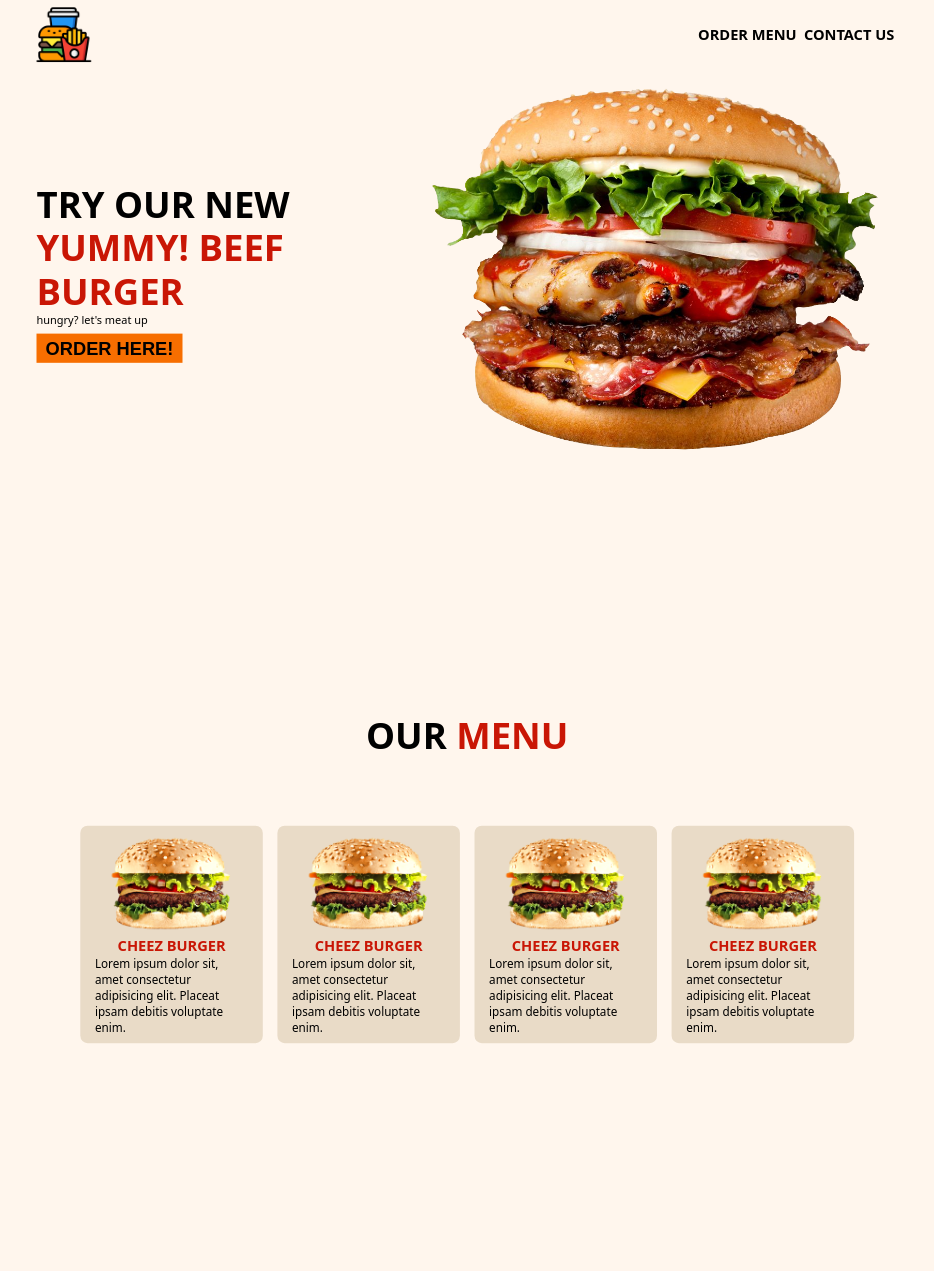
Repository: duc-thanh-2303/food
Page: index.html
An editor plug-in stored every save of this project. The page is shown before and after the next save, followed by the edit.
The browser window is 1280 px wide. The pictures show the whole page, at 73% of full size.

Above is the page before, as saved 2022-11-29 15:49:40.

After the next save:
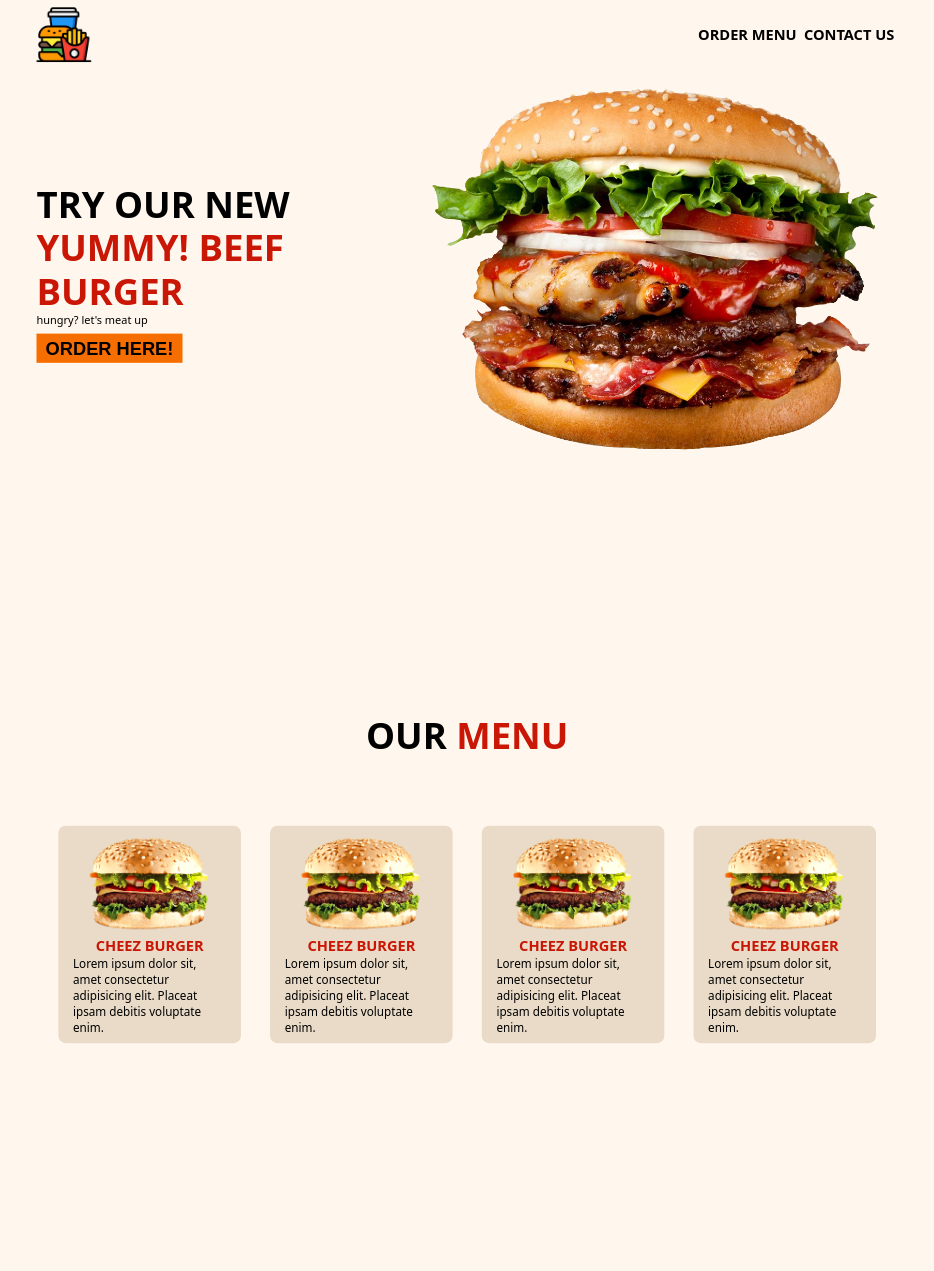
Saved 6 s later.
--- a/css/wrap.css
+++ b/css/wrap.css
@@ -100,7 +100,7 @@
     background-color: var(--bg);
     padding: 10px 20px 10px 20px;
     border-radius: 10px;
-    margin: 90px 10px 0 10px ;
+    margin: 90px 20px 0 20px ;
 }
 
 .menu__section__box__img {
